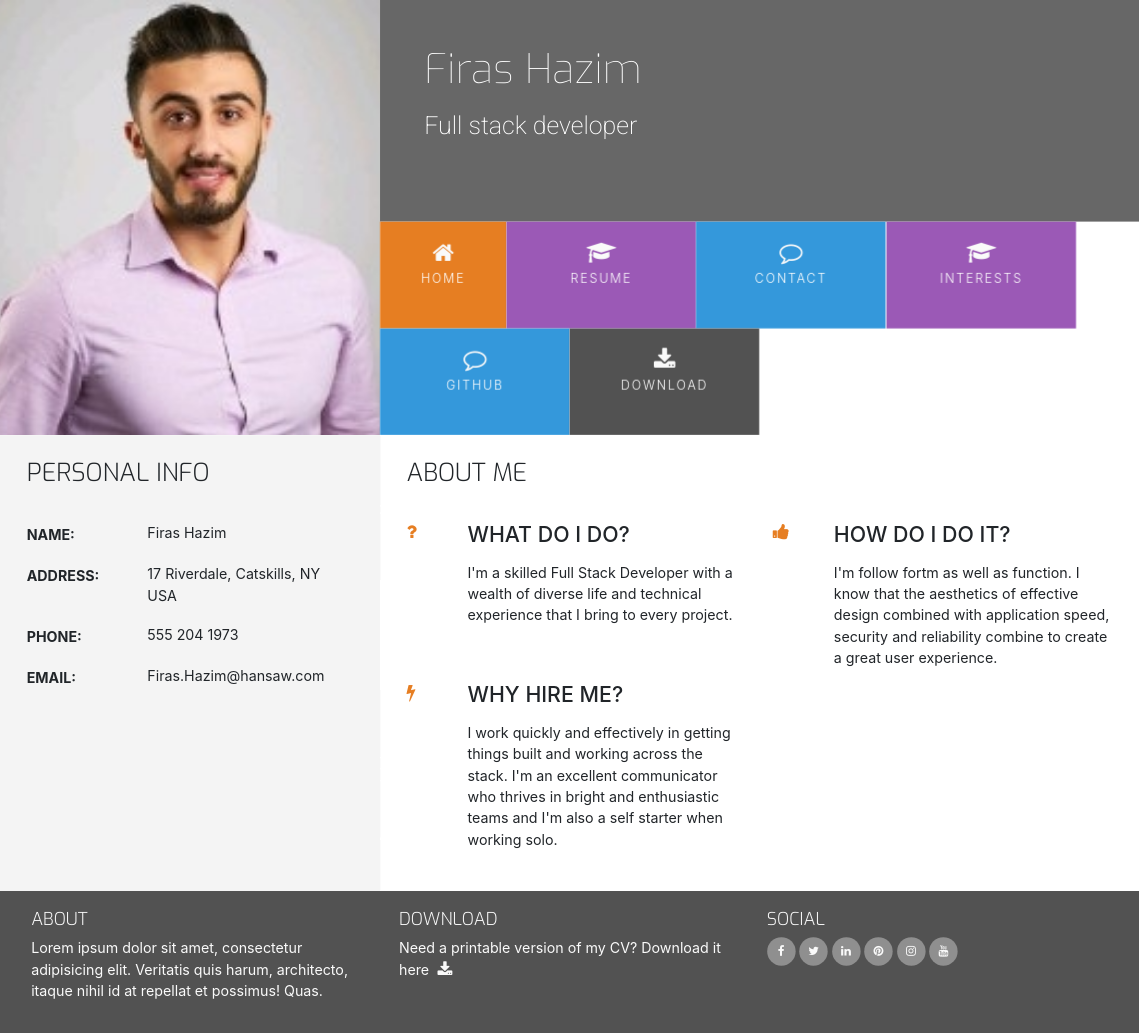
Repository: FirasH94/ResumeProject
Page: index.html
The author's editor kept a record of every edit. The page is drawn from the files as they stood at one moment, then again after the next edit.
The browser window is 1280 px wide. The pictures show the whole page, at 89% of full size.

Above is the page before.

### index.html
<!DOCTYPE html>
<html lang="en">
<head>
    <meta charset="UTF-8">
    <meta name="viewport" content="width=device-width, initial-scale=1.0">
    <meta http-equiv="X-UA-Compatible" content="ie=edge">
    <link rel="stylesheet" href="https://stackpath.bootstrapcdn.com/bootstrap/4.3.1/css/bootstrap.min.css" type="text/css" />
    <link rel="stylesheet" href="https://stackpath.bootstrapcdn.com/font-awesome/4.7.0/css/font-awesome.min.css" type="text/css" />
    <link rel="stylesheet" href="https://cdnjs.cloudflare.com/ajax/libs/hover.css/2.3.1/css/hover-min.css" type="text/css" />
    <link rel="stylesheet" href="assets/css/style.css" type="text/css" />
    <title>Firas</title>
</head>
<body>
    <header>
        <div class="row no-gutters">
            <a href="index.html" class="col-md-4 logo">

            </a>
            <div class="col-md-8">
                <div class="row bg-color-name-title no-gutters">
                    <div class="col heading">
                        <h1 class="name">Firas Hazim</h1>
                        <h2 class="title">Full stack developer</h2>
                    </div>
                </div>
                <div class="row no-gutters">
                    <div class="col">
                        <ul id="nav" class="list-inline menucontainer">
                            <li class="col-6 col-sm-2 ui-menu-color-home list-inline-item menuitem hvr-sweep-to-bottom">
                                <a href="index.html"><i class="fa fa-home" aria-hidden="true"></i><span>Home</span></a>
                            </li>
                            <li class="col-6 col-sm-3 ui-menu-color-resume list-inline-item menuitem hvr-sweep-to-bottom">
                                <a href="resume.html"><i class="fa fa-graduation-cap" aria-hidden="true"></i><span>Resume</span></a>
                            </li>
                            <li class="col-6 col-sm-3 ui-menu-color-contact list-inline-item menuitem hvr-sweep-to-bottom">
                                <a href="contact.html"><i class="fa fa-comment-o" aria-hidden="true"></i><span>Contact</span></a>
                            </li>
                            <li class="col-6 col-sm-3 ui-menu-color-resume list-inline-item menuitem hvr-sweep-to-bottom">
                                <a href="resume.html"><i class="fa fa-graduation-cap" aria-hidden="true"></i><span>Interests</span></a>
                            </li>
                            <li class="col-6 col-sm-3 ui-menu-color-contact list-inline-item menuitem hvr-sweep-to-bottom">
                                <a href="contact.html"><i class="fa fa-comment-o" aria-hidden="true"></i><span>Github</span></a>
                            </li>
                            <li class="col-6 col-sm-3 ui-menu-color-download list-inline-item menuitem hvr-sweep-to-bottom">
                                <a href="assets/cv/Firas Hazim's CV.pdf" target="_blank"><i class="fa fa-download" aria-hidden="true"></i><span>Download</span></a>
                            </li>
                        </ul>
                    </div>
                </div>
            </div>
        </div>
    </header>
    <section class="container-fluid">
        <div class="row">
            <div class="col-md-4 bg-color-personal-info section-column">
                <div class="row">
                    <div class="col-12">
                        <h3 class="section-heading uppercase">
                            Personal Info
                        </h3>
                    </div>
                </div>
                <div class="personal-info-item">
                    <div class="key">
                        <p class="uppercase">
                            Name:
                        </p>
                    </div>
                    <div class="value">
                        <p>
                            Firas Hazim
                        </p>
                    </div>
                </div>
                 <div class="personal-info-item">
                    <div class="key">
                        <p class="uppercase">
                            Address:
                        </p>
                    </div>
                    <div class="value">
                        <p>
                            17 Riverdale, Catskills, NY USA
                        </p>
                    </div>
                </div>
                 <div class="personal-info-item">
                    <div class="key">
                        <p class="uppercase">
                            Phone:
                        </p>
                    </div>
                    <div class="value">
                        <p>
                            555 204 1973
                        </p>
                    </div>
                </div>
                 <div class="personal-info-item">
                    <div class="key">
                        <p class="uppercase">
                            Email:
                        </p>
                    </div>
                    <div class="value">
                        <p>
                            Firas.Hazim@hansaw.com
                        </p>
                    </div>
                </div>
            </div>
            <div class="col-md-8 bg-color-three-reasons section-column">
                <div class="row">
                    <div class="col">
                        <h3 class="section-heading uppercase">About Me</h3>
                    </div>
                </div>
                <div class="row">
                    <div class="col-10 offset-1 offset-sm-0 col-sm-4 col-md-6">
                        <div class="row">
                            <div class="col-2">
                                <i class="three-reasons-icon fa fa-question" aria-hidden="true"></i>
                            </div>
                            <div class="col-10">
                                <h4 class="three-reasons-heading uppercase">What do I do?</h4>
                                <p>
                                    I'm a skilled Full Stack Developer with a wealth of diverse
                                    life and technical experience that I bring to every project.
                                </p>
                            </div>
                        </div>
                    </div>
                    <div class="col-10 offset-1 offset-sm-0 col-sm-4 col-md-6">
                        <div class="row">
                            <div class="col-2">
                                <i class="three-reasons-icon fa fa-thumbs-up" aria-hidden="true"></i>
                            </div>
                            <div class="col-10">
                                <h4 class="three-reasons-heading uppercase">How do I do it?</h4>
                                <p>
                                   I'm follow fortm as well as function. I know that the aesthetics of effective
                                   design combined with application speed, security and reliability combine to
                                   create a great user experience.
                                </p>
                            </div>
                        </div>
                    </div>
                     <div class="col-10 offset-1 offset-sm-0 col-sm-4 col-md-6">
                        <div class="row">
                            <div class="col-2">
                                <i class="three-reasons-icon fa fa-bolt" aria-hidden="true"></i>
                            </div>
                            <div class="col-10">
                                <h4 class="three-reasons-heading uppercase">Why hire me?</h4>
                                <p>
                                  I work quickly and effectively in getting things built and working across the stack. I'm an excellent
                                  communicator who thrives in bright and enthusiastic teams and
                                  I'm also a self starter when working solo.
                                </p>
                            </div>
                        </div>
                    </div>
                </div>
            </div>
        </div>

    </section>
    <footer class="container-fluid">
        <div id="footer-details" class="row">
            <div class="col-sm-4">
                <h5 class="uppercase general-sub">About</h5>
                <p class="inline-block">
                    Lorem ipsum dolor sit amet, consectetur adipisicing elit.
                    Veritatis quis harum, architecto, itaque nihil id at repellat et possimus! Quas.
                </p>
            </div>
            <div class="col-sm-4">
                <h5 class="uppercase general-sub">Download</h5>
                <p class="inline-block">
                    Need a printable version of my CV? Download it here
                    <a href="assets/cv/Firas Hazim's CV.pdf" target="_blank" class="cv-pdf">
                        <i class="fa fa-download" aria-hidden="true"></i>
                        <span class="sr-only">Download link.</span>
                    </a>
                </p>
            </div>
            <div class="col-sm-4">
                <h5 class="uppercase general-sub">Social</h5>
                <ul class="list-inline social-links">
                    <li class="list-inline-item">
                        <a target="_blank" href="#">
                            <i class="fa fa-facebook" aria-hidden="true"></i>
                            <span class="sr-only">Facebook</span>
                        </a>
                    </li>
                                        <li class="list-inline-item">
                        <a target="_blank" href="#">
                            <i class="fa fa-twitter" aria-hidden="true"></i>
                            <span class="sr-only">Twitter</span>
                        </a>
                    </li>
                    <li class="list-inline-item">
                        <a target="_blank" href="#">
                            <i class="fa fa-linkedin" aria-hidden="true"></i>
                            <span class="sr-only">LinkedIn</span>
                        </a>
                    </li>
                    <li class="list-inline-item">
                        <a target="_blank" href="#">
                            <i class="fa fa-pinterest" aria-hidden="true"></i>
                            <span class="sr-only">Pinterest</span>
                        </a>
                    </li>
                    <li class="list-inline-item">
                        <a target="_blank" href="#">
                            <i class="fa fa-instagram" aria-hidden="true"></i>
                            <span class="sr-only">Instagram</span>
                        </a>
                    </li>
                    <li class="list-inline-item">
                        <a target="_blank" href="#">
                            <i class="fa fa-youtube" aria-hidden="true"></i>
                            <span class="sr-only">Youtube</span>
                        </a>
                    </li>
                </ul>
            </div>
        </div>

    </footer>
</body>
</html>

### assets/css/style.css
@import url('https://fonts.googleapis.com/css?family=Roboto:100,200,300,400,500,600,700|Exo:100,200,300,400,500,600,700');

.bg-color-name-title{
background-color:#676767;
}

.bg-color-three-reasons {
    background-color: #fff;
}

.bg-color-personal-info {

background-color: #f4f4f4;
}

.bg-color-work-history {
background-color: #9b59b6;
}

.ui-menu-color-home {
    background-color: #e67e22;
}

.ui-menu-color-resume {
    background-color: #9b59b6;
}

.ui-menu-color-contact {
    background-color: #3498db;
}

.ui-menu-color-download {
    background-color: #525252;
}

/* --------------------------------------Special paddings/margins/text */

h1,h2,h3,h4 {
    margin: 0;
}

.uppercase {
    text-transform: uppercase;
}

.general-sub {
    font-family: "Exo" , sans-serif;
    font-weight: 300;
    color: #fafafa;
}

.inline-block {
    display: inline-block;
}

.row-table {
    display: table;
}

.section-column {
    display: table-cell;
    padding: 0 30px 30px;
    float: none;
}

.history-heading,
.section-heading {
    font-family: "Exo", sans-serif;
    font-weight: 300;
    margin-top: 25px;
    margin-bottom: 40px;
}

/* --------------------------------------Heading */

header {
    margin:0;
}

.heading {
     margin-left: 50px;
}

.logo {
background: url("../images/profile_pic.jpg");
background-position: center;
background-repeat: no-repeat;
background-size: cover;
min-height: 360px;
transition: all .5s ease-in-out;
-moz-transition: all .5s ease-in-out;
-webkit-transition: all .5s ease-in-out;
}


.name {
    font-family: "Exo", sans-serif;
    font-weight: 100;
    font-size: 46px;
    margin-top: 50px;
    color: #fff;
}

.title {
    font-family: "Roboto", sans-serif;
    font-weight: 200;
    font-size: 28px;
    margin-top: 20px;
    margin-bottom: 90px;
    color: #fff;
}

.list-inline-item:not(:last-child){
    margin: 0;
}

.menucontainer {
    font-size: 0;
}

#nav {
    margin: 0;
}

#nav li {
    font-size: 14px;
    padding: 0;
}

.menuitem {
    height: 120px;
    text-align: center;
    padding: 0;
}

.menuitem a {
    width: 100%;
    text-decoration: none;
    color: #fff;
    height: 120px;
}

.menuitem a i {
    padding-top: 22px;
    display: block;
    color: #fafafa;
    font-size: 26px;
}

.menuitem span {
    display: block;
    width: 100%;
    padding-top: 5px;
    text-align: center;
    text-transform: uppercase;
    font-size: 14px;
    font-weight: 300;
    letter-spacing: 2px;
}

/* --------------------------Hover.css */

.hvr-sweep-to-bottom:before {
    background-color: rgba(0, 0, 0, 0.2);
    height: 120px;
}

/* --------------------------------------Footer */

footer {
    background-color: #525252;
    color: #fafafa;
    min-height: 120px;
    margin: 0;
}


.cv-pdf i {
    font-size: 18px;
    color: #fafafa;
    text-align: center;
    padding-left: 5px;
    transition: all 0.35s ease-in-out;
    -moz-transition: all 0.35s ease-in-out;
    -webkit-transition: all 0.35s ease-in-out;
    -o-transition: all 0.35s ease-in-out;
}

.cv-pdf i:hover {
    color: #e84610;
}

.social-links {
    padding-bottom: 15px;
}

.social-links li a i {
    width: 32px;
    height: 32px;
    padding: 12px 0;
    border-radius: 50%;
    font-size: 13px;
    line-height: 7px;
    text-align: center;
    color: #fafafa;
    background: #8f8f8f;
    transition: all 0.35s ease-in-out;
    -moz-transition: all 0.35s ease-in-out;
    -webkit-transition: all 0.35s ease-in-out;
    -o-transition: all 0.35s ease-in-out;
}

.social-links li a i:hover {
    background:#e84610;
}

#footer-details {
    padding: 20px;
}

/* --------------------------------------Three reasons */

.three-reasons-icon {
    font-size: 20px;
    color: #e67e22;
}

.three-reasons-heading {
    margin-bottom: 15px;
}

/* --------------------------------------Personal Info */

.personal-info-item {
    margin-bottom: 20px;
    display: block;
    clear: both;
}

.personal-info-item .key,
.personal-info-item .value {
    padding-right: 8px;
    display: inline-block;
}

.personal-info-item .key p,
.personal-info-item .value p {
    margin: 0;
}

.personal-info-item .key {
    width: 30%;
    margin-right: 21px;
    padding-top: 2px;
    vertical-align: top;
}

.personal-info-item .key p {
    font-weight: 700;
}

.personal-info-item .value {
    position: relative;
    width: 60%;
}

/* --------------------------------------Skills */

.progress{
position:relative;
height: 25px;
margin-bottom: 4px;

}

.progress-type {
    position: absolute;
    left: 0;
    font-weight: 400;
    padding: 3px 30px 2px 10px;
    color: #fafafa;
    background-color: rgba(25, 25, 25, 0.2);
}

.progress-section {
    margin: 40px 20px;
}

/* --------------------------------------Work History */

.history-heading {
    color: #fafafa;
    margin-bottom: 50px;
}

.timeline-item {
    padding: 4em 2em 0em 2em;
    position: relative;
    color: #fafafa;
    border-left: 1px solid;
}

.timeline-item p {
    padding: 0;
    margin: 0;
}

.timeline-item:before {
    content: attr(data-dates);
    position: absolute;
    left: 2.5em;
    top: 3em;
    display: block;
    font-family: "Exo" , sans-serif;
    font-weight: 500;
    font-size:  0.8em;
    padding: 0;
    margin: 0;
}

.timeline-item:after {
    width: 12px;
    height: 12px;
    display: block;
    top: 2.4em;
    position: absolute;
    left: -6px;
    border-radius: 12px;
    content: '';
    background: #fafafa;
}

.history-items {
    margin-bottom: 30px;
}

After the next edit:
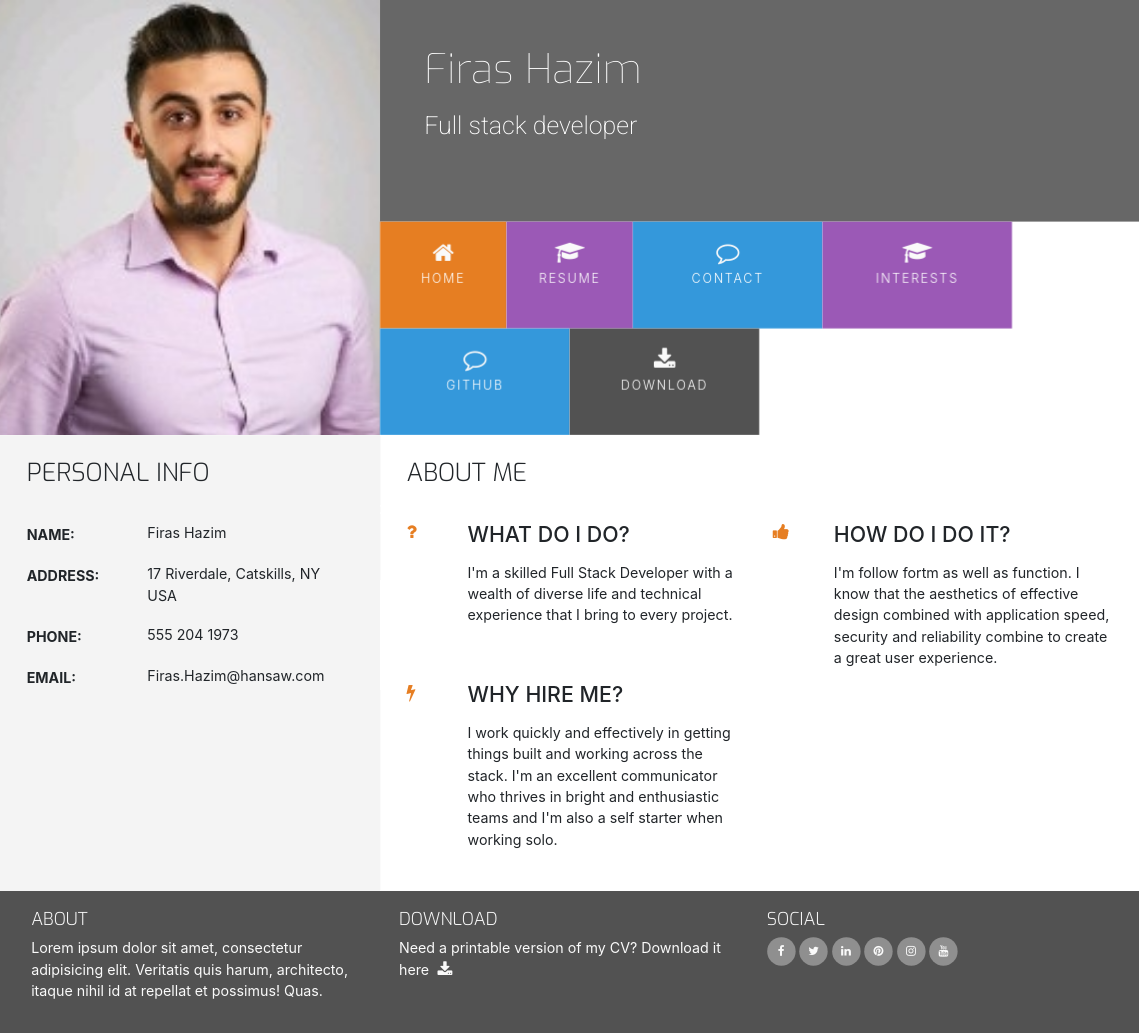
The edit:
--- a/index.html
+++ b/index.html
@@ -29,7 +29,7 @@
                             <li class="col-6 col-sm-2 ui-menu-color-home list-inline-item menuitem hvr-sweep-to-bottom">
                                 <a href="index.html"><i class="fa fa-home" aria-hidden="true"></i><span>Home</span></a>
                             </li>
-                            <li class="col-6 col-sm-3 ui-menu-color-resume list-inline-item menuitem hvr-sweep-to-bottom">
+                            <li class="col-6 col-sm-2 ui-menu-color-resume list-inline-item menuitem hvr-sweep-to-bottom">
                                 <a href="resume.html"><i class="fa fa-graduation-cap" aria-hidden="true"></i><span>Resume</span></a>
                             </li>
                             <li class="col-6 col-sm-3 ui-menu-color-contact list-inline-item menuitem hvr-sweep-to-bottom">
